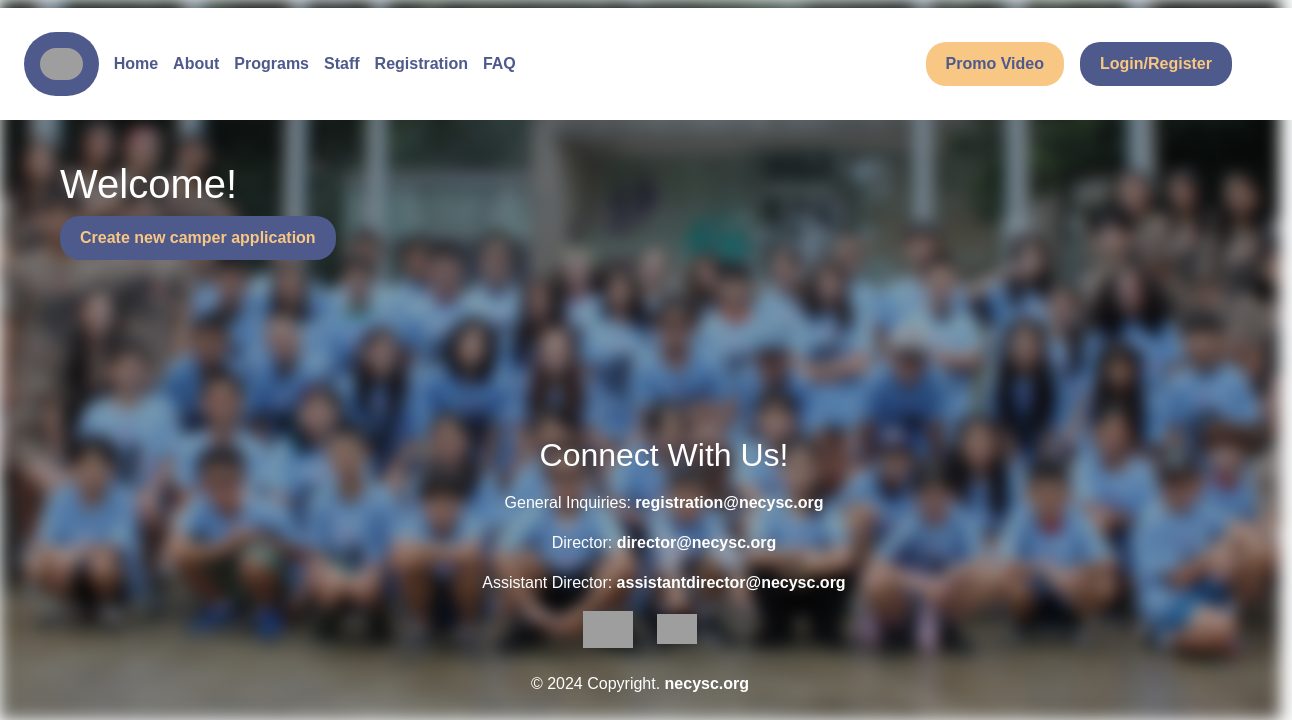
Repository: fullstackatbrown/project-necysc
Page: necysc_app/templates/necysc_app/applicant/index.html
The author's editor kept a copy of each file at every save. The page is drawn from the files as they stood at one save, then again after the next save.
The browser window is 1280 px wide. The page is 1292 px wide, so the pictures cover 1292 px, including what lies to the right of the window. The pictures show the whole page.
Pictures or frames that could not be fetched are drawn as grey boxes. Some web fonts or font styles are not loaded; a fallback is used. The template is drawn by Django 5.2. The application's start-up code is not run. Other server files are loaded and not shown. The template is opened directly, without the code that normally fills it, so the values that code supplies are empty.

Above is the page before, as saved 2024-12-04 01:53:02.

### necysc_app/templates/necysc_app/applicant/index.html
{% extends "necysc_app/base.html" %}
{% load static %}
{% block title %} Applicant Portal {% endblock %}
{% block content %}
<link rel="stylesheet" href="{% static 'necysc_app/applicant_home.css' %}">

<style>
    body {
        background-color: #f8f9fa;
        margin: 0;
        padding: 0;
        height: 100%;
        width: 100%;
        overflow: hidden;
    }

    .background {
        position: fixed;
        top: 0;
        left: 0;
        width: 100%;
        height: 100%;
        z-index: -1;
        background-image: url("{% static 'necysc_app/images/necyscbannerimage.jpg' %}");
        background-size: cover;
        background-position: center;
        filter: blur(8px);
    }

    .container {
        position: relative;
        z-index: 1;
        background-color: rgba(255, 255, 255, 0.9);
        padding: 20px;
        border-radius: 10px;
        max-width: 1200px;
        margin: auto;
        margin-top: 20px;
    }

    h1, p, a, button {
        position: relative;
        z-index: 2;
    }

    .glow {
        transition: box-shadow 0.3s ease-in-out;
    }

    .glow:hover {
        box-shadow: 0 0 20px 2px rgba(0, 0, 0, 0.15);
    }
    </style>
    <div class="background"></div>

    <h1 class="welcome-title">Welcome!</h1>
{% if applications %}
    <div class="container mb-4">
        {% for application in applications %}
        <div class="card col-4 glow">
            <a href="{% url 'necysc_app:application_detail' application.id %}" class="application-card-link">
                <div class="card-body">
                    <h5 class="card-title"><span>{{ application.applicant_fname }}
                        {{ application.applicant_lname }}</span>
                        {% if application.app_status == 'A' %}
                        <span class="badge bg-success float-end">Accepted </span>
                        {% elif application.app_status == 'P' %}
                        <span class="badge bg-secondary float-end">Pending</span>
                        {% else %}
                        <span class="badge bg-danger float-end">Rejected</span>
                        {% endif %}

                    </h5>
                    <!-- horizontal line-->
                    <hr>
                    <p class="card-text fw-light">Year: {{application.app_year}}</p>
                    <p class="card-text m-0 fw-light">Health Status: {{application.health_record_status}}</p>
                </div>

            </a>
        </div>
        {% endfor %}
    </div>
{% endif %}


<a class="btn-purple"
        href="{% url 'necysc_app:new_application' %}">Create new camper application</a>
</div>

<style>
.glow {
    transition: box-shadow 0.3s ease-in-out;
    }

.glow:hover {
box-shadow: 0 0 20px 2px rgba(0, 0, 0, 0.15); /* Adjust the glow effect */
}
</style>
{% endblock %}

### necysc_app/templates/necysc_app/base.html
<!DOCTYPE html>
<html lang="en">
	<!-- Header -->
	{% load static %} {% include 'necysc_app/header.html' %}

	<head>
		<!-- Required meta tags -->
		<meta charset="utf-8" />
		<meta name="viewport" content="width=device-width, initial-scale=1" />

		<!--Bootstrap CSS-->
		<link
			href="https://cdn.jsdelivr.net/npm/bootstrap@5.0.2/dist/css/bootstrap.min.css"
			rel="stylesheet"
			integrity="sha384-EVSTQN3/azprG1Anm3QDgpJLIm9Nao0Yz1ztcQTwFspd3yD65VohhpuuCOmLASjC"
			crossorigin="anonymous"
		/>

		<title>{% block title %} {% endblock %}</title>
		<link rel="preconnect" href="https://fonts.googleapis.com" />
		<link rel="preconnect" href="https://fonts.gstatic.com" crossorigin />
		<link
			href="https://fonts.googleapis.com/css2?family=Roboto+Mono:ital,wght@0,100..700;1,100..700&display=swap"
			rel="stylesheet"
		/>

		<!--global Hind font-->
		<link
			href="https://fonts.googleapis.com/css2?family=Hind:wght@400;500;600&display=swap"
			rel="stylesheet"
		/>
		<style>
			body {
				font-family: "Hind", sans-serif;
			}
		</style>

	</head>

	<body>
		<!-- Navbar -->
		{% include 'necysc_app/navbar.html' %}

		<!-- Content -->
		<div class="container">{% block content %} {% endblock %}</div>

		<!-- Footer -->
		{% include 'necysc_app/footer.html' %}

		<!--Bootstrap JavaScript Plugins-->
		<script
			src="https://cdn.jsdelivr.net/npm/bootstrap@5.0.2/dist/js/bootstrap.bundle.min.js"
			integrity="sha384-MrcW6ZMFYlzcLA8Nl+NtUVF0sA7MsXsP1UyJoMp4YLEuNSfAP+JcXn/tWtIaxVXM"
			crossorigin="anonymous"
		></script>
	</body>
</html>

### necysc_app/templates/necysc_app/header.html
<!-- Header -->
<head>
    <meta charset="UTF-8" />
    <!-- Bootstrap Imports -->
    <link
      href="https://cdn.jsdelivr.net/npm/bootstrap@5.0.2/dist/css/bootstrap.min.css"
      rel="stylesheet"
      integrity="sha384-EVSTQN3/azprG1Anm3QDgpJLIm9Nao0Yz1ztcQTwFspd3yD65VohhpuuCOmLASjC"
      crossorigin="anonymous"
    />
    <link
      href="https://cdn.jsdelivr.net/npm/bootstrap-icons@1.8.1/font/bootstrap-icons.css"
      rel="stylesheet"
    />
    <script
    src="https://cdn.jsdelivr.net/npm/bootstrap@5.0.2/dist/js/bootstrap.bundle.min.js"
    integrity="sha384-MrcW6ZMFYlzcLA8Nl+NtUVF0sA7MsXsP1UyJoMp4YLEuNSfAP+JcXn/tWtIaxVXM"
    crossorigin="anonymous"
    ></script>
    <meta name="viewport" content="width=device-width, initial-scale=1" />
    {% load static %}
    <link href="{% static 'necysc_app/style.css' %}" rel="stylesheet" />
    <link rel="icon" href="{%  static 'necysc_app/images/favicon.ico' %}">
</head>

### necysc_app/templates/necysc_app/navbar.html
<!DOCTYPE html>
<html>
<head>
    <title>Your Page Title</title>
    <style>
        a {
            font-weight: bold;
            text-decoration: none;
        }

        .dropdown {
            position: relative;
            display: inline-block;
        }

        .dropdown-content {
            display: none;
            position: absolute;
            background-color: #f9f9f9;
            min-width: 160px;
            box-shadow: 0px 8px 16px 0px rgba(0, 0, 0, 0.2);
            z-index: 10;
            top: 100%;
        }

        .dropdown-content a {
            color: #4e598c;
            padding: 12px 16px;
            text-decoration: none;
            display: block;
            transition: color 0.3s ease, background-color 0.3s ease;
        }

        .dropdown-content a:hover {
            background-color: #4e598c;
            color: #F9C784;
        }

        .dropdown:hover .dropdown-content {
            display: block;
        }

        .navbar-link {
            color: #4e598c;
            transition: color 0.3s ease;
        }

        .navbar-link:hover {
            color: #F9C784;
            background: #4e598c;
            transition: color 0.3s ease;
            padding: 10px 20px;
            border-radius: 9px;
        }

        .active {
            color: #F9C784;
            background: #4e598c;
            padding: 10px 20px;
            text-decoration: none;
            border-radius: 9px;
        }


        .btn-login {
            background-color: #4e598c;
            color: #F9C784;
            transition: all 0.3s ease;
            padding: 10px 20px;
            border-radius: 20px;
            display: inline-block;
            text-align: center;
        }

        .btn-login:hover {
            background-color: #F9C784;
            color: #FFFFFF;
        }

        .btn-padding {
            padding: 10px 20px;
            border-radius: 20px;
            display: inline-block;
            text-align: center;
            background: #F9C784;
            color: #4e598c;
            transition: all 0.3s ease;
        }

        .btn-padding:hover {
            background-color: #4e598c;
            color: #ffffff;
        }


        .col-auto {
            display: flex;
            align-items: center;
        }

        img {
            height: 4rem;
            max-width: 100%;
        }

        #logobutton {
            background-color: #4e598c;
            transition: all 0.3s ease;
        }

        #logobutton:hover {
            background-color: #F9C784;
            color: #FFFFFF;
        }
    </style>
</head>
<body>

<!-- navbar sticky -->
{% load static %}
<div class="row mt-2 pt-4 pb-4 mb-3 d-flex ps-4 pe-5 align-items-center gap-3 sticky-top bg-bi-white bg-white row">

    <input type="checkbox" id="menu-toggle" class="menu-toggle">
    <label for="menu-toggle" class="hamburger">
        &#9776;
    </label>

    <div class="nav-links">

        <div class="col-auto">
            <a href="{% url 'necysc_app:index' %}" id="logo-link">
                <img src="https://www.necysc.org/v2/images/logo2.png" alt="Your Image Description" id="logobutton" class="rounded-pill p-3"/>
            </a>
        </div>

        <div class="dropdown col-auto">
            {% if request.user.is_authenticated %}
            <a href="{% url 'necysc_app:home' %}" class="navbar-link {% if request.path == '/' %}active{% endif %}">Applicant Home</a>
            {% else %}
            <a href="{% url 'necysc_app:index' %}" class="navbar-link {% if request.path == '/' %}active{% endif %}">Home</a>
            {% endif %}
        </div>

        {% if not request.user.is_authenticated %}
        <div class="dropdown col-auto">
            <a href="{% url 'necysc_app:about' %}" class="navbar-link {% if request.path == '/about/' %}active{% endif %}">About</a>
            <div class="dropdown-content">
                <a href="{% url 'necysc_app:about' %}#sponsors">Sponsors</a>
                <a href="{% url 'necysc_app:about' %}#contact">Contact Us</a>
            </div>
        </div>

        <div class="dropdown col-auto">
            <a href="{% url 'necysc_app:programs' %}" class="navbar-link {% if request.path == '/programs/' %}active{% endif %}">Programs</a>
            <div class="dropdown-content">
                <a href="{% url 'necysc_app:programs' %}#day">Day Camp</a>
                <a href="{% url 'necysc_app:programs' %}#on">Overnight Camp</a>
                <a href="{% url 'necysc_app:programs' %}#ea">ExplorAsian</a>
            </div>
        </div>

        <div class="dropdown col-auto">
            <a href="{% url 'necysc_app:staff' %}" class="navbar-link {% if request.path == '/staff/' %}active{% endif %}">Staff</a>
            <div class="dropdown-content">
                <a href="{% url 'necysc_app:staff' %}#cit">CIT</a>
                <a href="{% url 'necysc_app:staff' %}#counselor">Counselor</a>
                <a href="{% url 'necysc_app:staff' %}#ra">RA</a>
                <a href="{% url 'necysc_app:staff' %}#ops">OPs</a>
                <a href="{% url 'necysc_app:staff' %}#committee">Committee</a>
            </div>
        </div>

        <div class="dropdown col-auto">
            <a href="{% url 'necysc_app:registration' %}" class="navbar-link {% if request.path == '/registration/' %}active{% endif %}">Registration</a>
            <div class="dropdown-content">
                <a href="{% url 'necysc_app:registration' %}#importantdates">2025 Important Dates</a>
                <a href="{% url 'necysc_app:registration' %}#financialaid">Financial Aid</a>
            </div>
        </div>

        <div class="dropdown col-auto">
            <a href="{% url 'necysc_app:faq' %}" class="navbar-link {% if request.path == '/faq/' %}active{% endif %}">FAQ</a>
            <div class="dropdown-content">
                <a href="{% url 'necysc_app:faq' %}#faqregistration">Registration</a>
                <a href="{% url 'necysc_app:faq' %}#faqleavingcamp">Leaves and Visits</a>
                <a href="{% url 'necysc_app:faq' %}#faqhealth">Health and Safety</a>
                <a href="{% url 'necysc_app:faq' %}#camp">Camp Activities</a>
            </div>
        </div>
        {% endif %}

        <div class="col-auto ms-auto">
            <a href="https://youtu.be/PPZ1zu8fGl0?si=h436QWcB9vHQeV_G" target="_blank" class="btn-padding me-3">Promo Video</a>
            {% if request.user.is_authenticated %}
            <a href="{% url 'necysc_app:logout' %}" class="btn-login">Logout</a>
            {% else %}
            <a href="{% url 'necysc_app:login' %}" class="btn-login">Login/Register</a>
            {% endif %}
        </div>
    </div>
</div>

</body>
</html>

### necysc_app/templates/necysc_app/footer.html
<!-- Footer -->
<footer class="pt-4" id="contact">


  <h2 class="ps-5 mb-3 mt-5 text-center" style="color: white;">Connect With Us!</h2>
  <p class="ps-5 text-center" style="color: white;">General Inquiries:
    <a href="mailto:registration@necysc.org" style="color: white">registration@necysc.org</a>
  </p>
  <p class="ps-5 text-center" style="color: white;"> Director:
    <a href="mailto:registration@necysc.org" style="color: white">director@necysc.org</a>
  </p>
  <p class="ps-5 text-center" style="color: white;"> Assistant Director:
    <a href="mailto:registration@necysc.org" style="color: white">assistantdirector@necysc.org</a>
  </p>

  <div class="row text-center align-items-center justify-content-center">
    <div class="col-auto">
        <a href="https://www.instagram.com/NECYSC/"  target="_blank">
            <img src="https://cdn.freebiesupply.com/images/large/2x/instagram-icon-white-on-black.png" alt="Instagram Logo" style="width: 50px; height: auto;">
        </a>
    </div>
    <div class="col-auto">
      <a href="https://www.facebook.com/NECYSC"target="_blank">
          <img src="https://www.freepnglogos.com/uploads/logo-facebook-png/logo-facebook-facebook-logo-png-transparent-svg-vector-bie-supply-18.png" alt="Facebook Logo" style="width: 40px; height: auto;">
      </a>
    </div>
  </div>


  <!-- Copyright -->

  <div class="text-center p-4" style="color: white;" >
    © 2024 Copyright.
    <a class="text-reset" href="https://necysc.org/">necysc.org</a>
  </div>

</footer>
<!-- Footer -->

### necysc_app/static/necysc_app/style.css
.hero-section {
  position: relative;
  background-size: cover;
  background-position: center;
  background-repeat: no-repeat;
  color: white;
  height: 60vh;
  display: flex;
  align-items: center;
  justify-content: center;
  overflow: hidden;
}

.hero-section .overlay {
  position: absolute;
  top: 0;
  left: 0;
  width: 100%;
  height: 100%;
  background-color: rgba(0, 0, 0, 0.5);
  z-index: 1;
}

.hero-section .position-relative {
  z-index: 2;
}

.btn-purple {
  background-color: #4e598c;
  color: #f9c784;
  transition: all 0.3s ease;
  padding: 10px 20px;
  border-radius: 20px;
  display: inline-block;
  text-align: center;
  text-decoration: none;
  outline: none;
  border: none;
}

.btn-purple:hover {
  background-color: #f9c784;
  color: #ffffff;
}


.accordion-item .accordion-button:not(.collapsed) {
  background-color: #4e598c; /* Darker purple when open */
  color: #ffffff; /* White text for contrast */
}


.menu-toggle {
  display: none;
}

.hamburger {
  display: none;
  font-size: 24px;
  cursor: pointer;
  color: #4e598c;
}


.nav-links {
  display: flex;
  gap: 15px;
}


@media (max-width: 768px) {
  .nav-links {
      display: none;
      flex-direction: column;
      background-color: white;
      position: absolute;
      top: 60px;
      right: 0;
      width: 100%;
      padding: 10px;
      z-index: 1000;
  }

  .menu-toggle:checked + .hamburger + .nav-links {
      display: flex;
  }

  .hamburger {
      display: block;
  }
}

.optional {
  color: gray;
  font-style: italic;
}

.white-link {
  color: #ffffff;
  text-decoration: none;
  transition: color 0.3s ease;
}

.white-link:hover {
  color: #cccccc;
}

.welcome-title {
  color: white;
}

footer {
  position: fixed;
  bottom: 0;
  left: 0;
  width: 100%;
  z-index: 10;
}

### necysc_app/static/necysc_app/applicant_home.css
.application-card-link {
  text-decoration: none; /* Remove underline */
  color: inherit; /* Inherit text color */
}

.application-card-link:hover {
  text-decoration: none; /* Remove underline */
  color: inherit; /* Inherit text color */
}

.application-card {
  display: flex;
  flex-direction: column;
  border: 1px solid #ccc;
  border-radius: 8px;
  padding: 15px;
  width: 300px;
  height: 180px;
  box-shadow: 0 2px 5px rgba(0, 0, 0, 0.1);
  background-color: #fff;
  position: relative;
  transition: transform 0.2s;
}

.application-card:hover {
  transform: scale(1.02);
  box-shadow: inset;
}

.application-card h2 {
  font-size: 1.5em;
  margin: 0 0 10px 0;
}

.application-card h3 {
  font-size: 1.2em;
  color: #555;
}

.application-card p {
  margin: 5px 0;
}


.status {
  border-radius: 5px;
  color: #fff;
  font-weight: bold;
  z-index: 1;
}

.status.a {
  background-color: rgba(0, 128, 0, 0.2);
  color: green;
}

.status.d {
  background-color: rgba(255, 0, 0, 0.2);
  color: red;
}

.status.p {
  background-color: rgba(255, 165, 0, 0.2);
  color: orange;
}

.status.i {
  background-color: rgba(0, 0, 255, 0.2);
  color: blue;
}

.glow {
  transition: box-shadow 0.3s ease-in-out;
}

.glow:hover {
  box-shadow: 0 0 20px 2px rgba(0, 0, 0, 0.15); /* Adjust the glow effect */
}

.btn-logout {
    display: inline-block;
    padding: 8px 15px;
    background-color: #ff4444;
    color: #fff;
    text-decoration: none;
    border-radius: 5px;
    font-weight: bold;
    transition: background-color 0.3s ease;
    cursor: pointer;
    margin: 10px 0;
}

.btn-logout:hover {
    background-color: #cc0000;
}

After the next save:
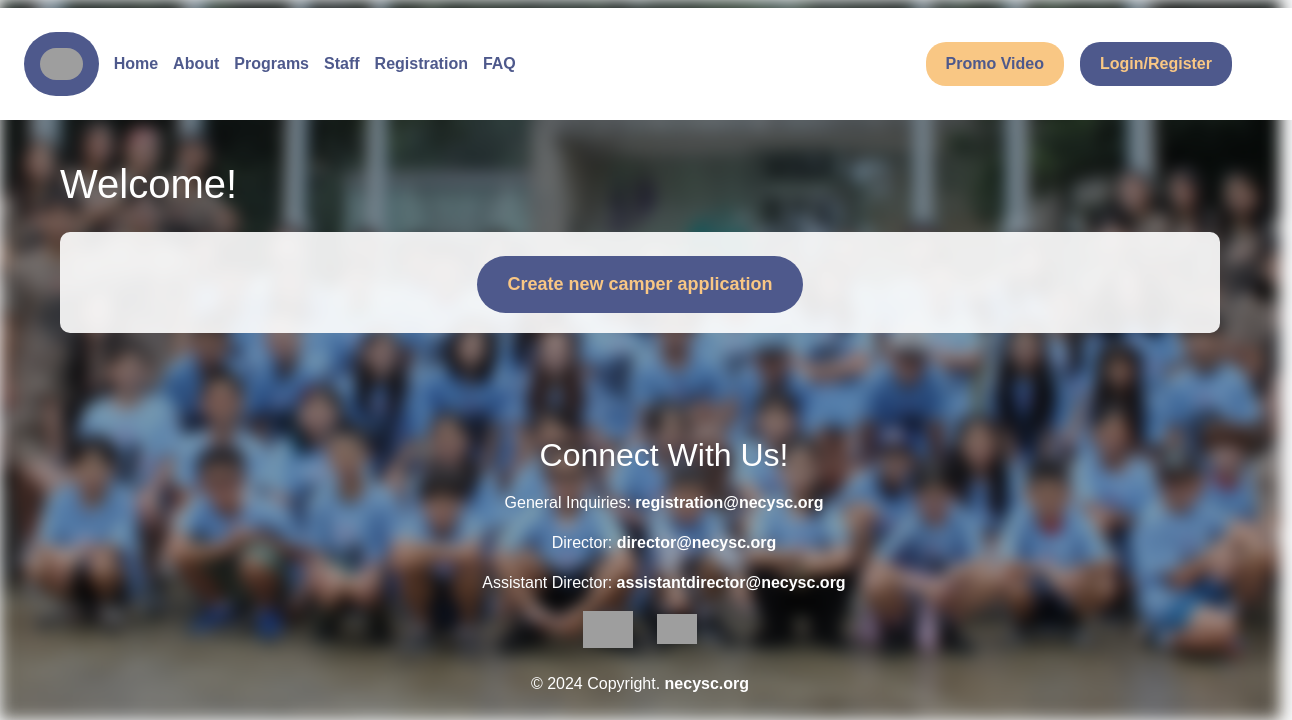
Saved 68 s later.
--- a/necysc_app/templates/necysc_app/applicant/index.html
+++ b/necysc_app/templates/necysc_app/applicant/index.html
@@ -84,17 +84,56 @@
 {% endif %}
 
 
-<a class="btn-purple"
+<div class="container mt-4 pt-4 text-center">
+    <a class="btn-purple enlarged-btn"
         href="{% url 'necysc_app:new_application' %}">Create new camper application</a>
 </div>
 
 <style>
+/* 居中容器 */
+.container.text-center {
+    display: flex;
+    justify-content: center;
+    align-items: center;
+    flex-direction: column;
+}
+
+/* 按钮样式 */
+.btn-purple {
+    background-color: #4e598c;
+    color: #f9c784;
+    transition: all 0.3s ease;
+    border: none;
+    padding: 15px 30px; /* 增加按钮的内边距 */
+    cursor: pointer;
+    width: auto; /* 取消固定宽度 */
+    font-size: 18px; /* 增加字体大小 */
+    border-radius: 50px;
+}
+
+.btn-purple:hover {
+    background-color: #f9c784;
+    color: #ffffff;
+}
+
+/* 放大按钮效果 */
+.enlarged-btn {
+    transform: scale(1); /* 默认比例 */
+    transition: transform 0.3s ease;
+}
+
+.enlarged-btn:hover {
+    transform: scale(1.2); /* 鼠标悬停时放大 1.2 倍 */
+}
+
+/* glow 效果 */
 .glow {
     transition: box-shadow 0.3s ease-in-out;
-    }
+}
 
 .glow:hover {
-box-shadow: 0 0 20px 2px rgba(0, 0, 0, 0.15); /* Adjust the glow effect */
+    box-shadow: 0 0 20px 2px rgba(0, 0, 0, 0.15); /* 调整光晕效果 */
 }
 </style>
+
 {% endblock %}
